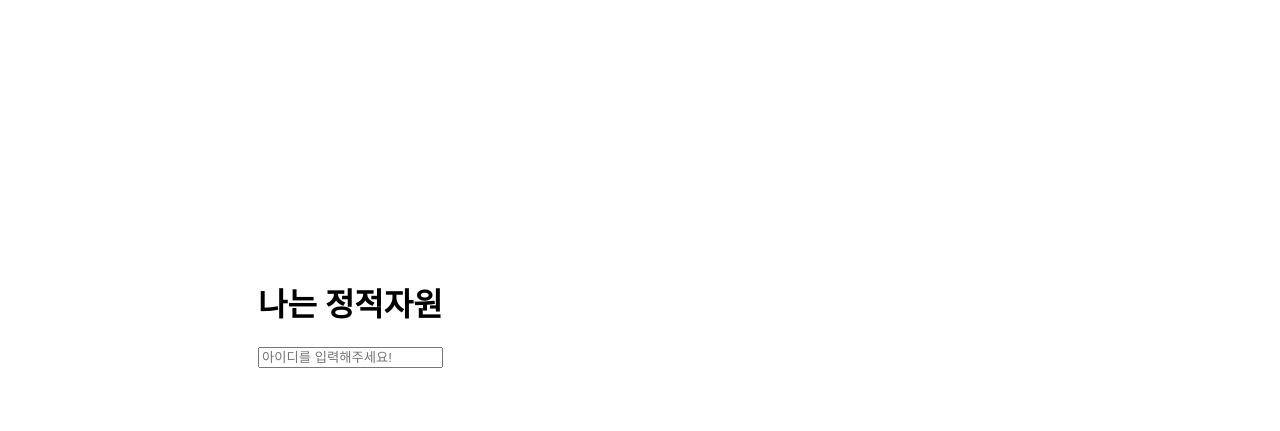
Repository: sehyeongrace/web-workspace
Page: BurgerKingProject/src/main/webapp/static/Request_Page.html
The author's editor kept a copy of each file at every save. The page is drawn from the files as they stood at one save, then again after the next save.
The browser window is 1280 px wide. The pictures show the whole page.

Above is the page before, as saved 2025-03-07 08:44:04.

After the next save:
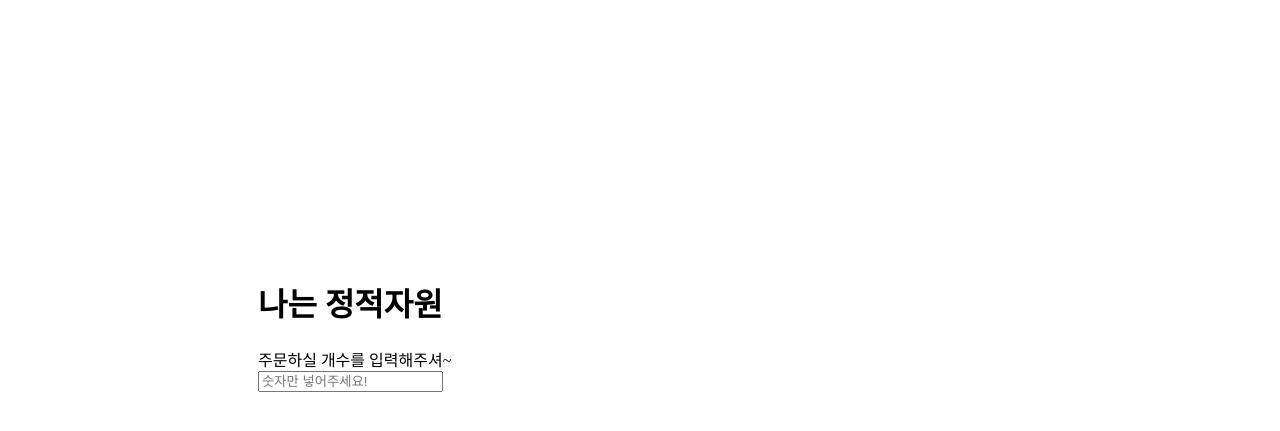
Saved 61 s later.
--- a/BurgerKingProject/src/main/webapp/static/Request_Page.html
+++ b/BurgerKingProject/src/main/webapp/static/Request_Page.html
@@ -18,7 +18,8 @@
 	String userId = sc.nextLine();
 	-->
 
-	<input type="text" placeholder="아이디를 입력해주세요!" />
+	<span>주문하실 개수를 입력해주셔~</span><br>
+	<input type="text" placeholder="숫자만 넣어주세요!" />
 
 
 </body>
